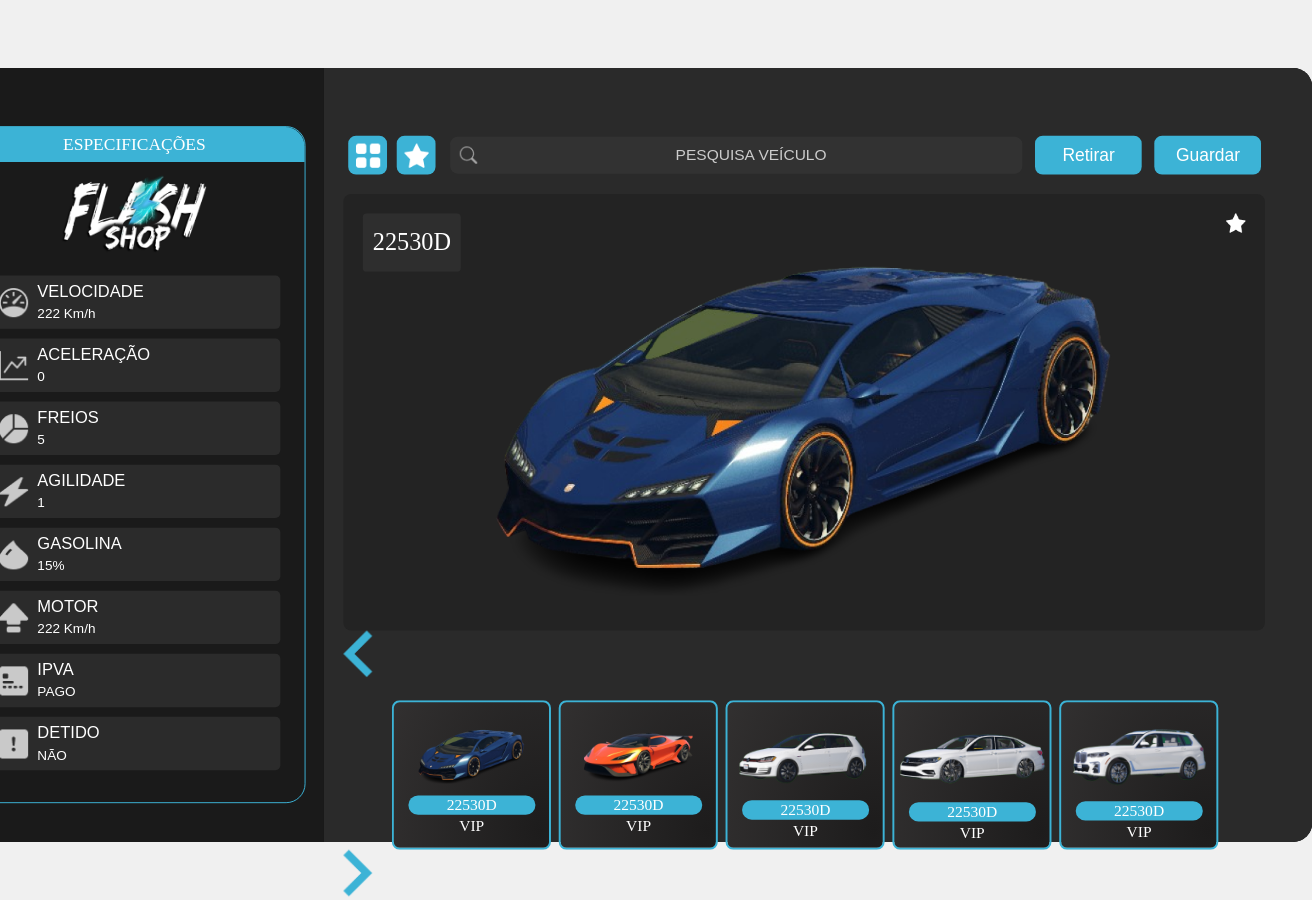
Repository: DuMCorrea/Garagem
Page: index.html
An editor plug-in stored every save of this project. The page is shown before and after the next save, followed by the edit.
The browser window is 1280 px wide. The page is 1353 px wide, so the pictures cover 1353 px, including what lies to the right of the window. The pictures show the whole page, at 97% of full size.
Some web fonts or font styles are not loaded; a fallback is used.

Above is the page before, as saved 2024-08-22 20:02:05.

### index.html
<!DOCTYPE html>
<html lang="pt-BR">
<head>
    <meta charset="UTF-8">
    <meta name="viewport" content="width=device-width, initial-scale=1.0">
    <link href="https://fonts.googleapis.com/css2?family=Baloo+Bhai&display=swap" rel="stylesheet">
    <title>Div Principal</title>
    <link rel="stylesheet" href="styles.css">
</head>
<body>
    <div class="div-principal">
        <div class="div-esquerda">
            <div class="retangulo-informacoes-3 duplicadoo">
                <img src="assets/FlashStore 2.png" alt="Imagem Mecânico" class="imagem-mecanico">
                <div class="titulo-retangulo">ESPECIFICAÇÕES</div>
                <div class="saldo-conteudo">
                    <div class="saldo-item">
                        <img src="assets/Velo.png" alt="Imagem de Carteira" class="saldo-imagem">
                        <div class="saldo-texto">
                            <p class="saldo-titulo">VELOCIDADE</p>
                            <p class="saldo-valor">222 Km/h</p>
                        </div>
                    </div>
                    <div class="saldo-item">
                        <img src="assets/Ace.png" alt="Imagem de Carteira" class="saldo-imagem">
                        <div class="saldo-texto">
                            <p class="saldo-titulo">ACELERAÇÃO</p>
                            <p class="saldo-valor">0</p>
                        </div>
                    </div>
                    <div class="saldo-item">
                        <img src="assets/Freios.png" alt="Imagem de Carteira" class="saldo-imagem">
                        <div class="saldo-texto">
                            <p class="saldo-titulo">FREIOS</p>
                            <p class="saldo-valor">5</p>
                        </div>
                    </div>
                    <div class="saldo-item">
                        <img src="assets/Agi.png" alt="Imagem de Carteira" class="saldo-imagem">
                        <div class="saldo-texto">
                            <p class="saldo-titulo">AGILIDADE</p>
                            <p class="saldo-valor">1</p>
                        </div>
                    </div>
                    <div class="saldo-item">
                        <img src="assets/Gaso.png" alt="Imagem de Carteira" class="saldo-imagem">
                        <div class="saldo-texto">
                            <p class="saldo-titulo">GASOLINA</p>
                            <p class="saldo-valor">15%</p>
                        </div>
                    </div>
                    <div class="saldo-item">
                        <img src="assets/Motor.png" alt="Imagem de Carteira" class="saldo-imagem">
                        <div class="saldo-texto">
                            <p class="saldo-titulo">MOTOR</p>
                            <p class="saldo-valor">222 Km/h</p>
                        </div>
                    </div>
                    <div class="saldo-item">
                        <img src="assets/Ipva.png" alt="Imagem de Carteira" class="saldo-imagem">
                        <div class="saldo-texto">
                            <p class="saldo-titulo">IPVA</p>
                            <p class="saldo-valor">PAGO</p>
                        </div>
                    </div>
                    <div class="saldo-item">
                        <img src="assets/Detido.png" alt="Imagem de Carteira" class="saldo-imagem">
                        <div class="saldo-texto">
                            <p class="saldo-titulo">DETIDO</p>
                            <p class="saldo-valor">NÃO</p>
                        </div>
                    </div>

                </div>
            </div>
        </div>


        <div class="div-direita">
            <div class="retangulo-fundo">
                <!-- Adicionando os quadrados e o input de pesquisa ao fundo -->
                <div class="container-quadrados">
                    <button class="botao-quadrado-azul">
                        <img src="assets/4Quadrados.png" alt="Ícone 1" class="pequena-imagem">
                    </button>
                    <button class="botao-quadrado-azul">
                        <img src="assets/estrela.png" alt="Ícone 2" class="pequena-imagem">
                    </button>
                    <div class="input-container">
                        <input type="text" class="input-pesquisa" placeholder="PESQUISA VEÍCULO">
                        <button class="botao-icone-pesquisa">
                            <img src="assets/lupa (2).png" alt="Ícone Pesquisa" class="icone-pesquisa">
                        </button>
                        <!-- Novos retângulos ao lado do input -->
                        <button class="botao-retangulo-azul">Retirar</button>
                        <button class="botao-retangulo-azul">Guardar</button>
                    </div>
                </div>

                <div class="codigo-overlay">22530D</div>
                <img src="assets/CarroMaior.png" alt="Imagem Central" class="imagem-central">
                <img src="assets/Estrela.png" alt="Ícone Superior Direito" class="imagem-direita">
            </div>

            <!-- Nova seção para os cards com fundo retangular azul claro -->
            <div class="fundo-cards">
                <img src="assets/menorMaior.png" alt="Seta Esquerda" class="seta-esquerda">
                <div class="cards-container">
                    <div class="card">
                        <img src="assets/carro1.png" alt="Card 1" class="card-image">
                        <div class="card-content">
                            <div class="card-code">22530D</div>
                            <div class="card-vip">VIP</div>
                        </div>
                    </div>
                    <div class="card">
                        <img src="assets/carro2.png" alt="Card 2" class="card-image">
                        <div class="card-content">
                            <div class="card-code">22530D</div>
                            <div class="card-vip">VIP</div>
                        </div>
                    </div>
                    <div class="card">
                        <img src="assets/carro3.png" alt="Card 3" class="card-image2">
                        <div class="card-content">
                            <div class="card-code">22530D</div>
                            <div class="card-vip">VIP</div>
                        </div>
                    </div>
                    <div class="card">
                        <img src="assets/carro4.png" alt="Card 4" class="card-image3">
                        <div class="card-content">
                            <div class="card-code">22530D</div>
                            <div class="card-vip">VIP</div>
                        </div>
                    </div>
                    <div class="card">
                        <img src="assets/carro5.png" alt="Card 5" class="card-image4">
                        <div class="card-content">
                            <div class="card-code">22530D</div>
                            <div class="card-vip">VIP</div>
                        </div>
                    </div>
                </div>
            </div>
            <img src="assets/maiorMenor.png" alt="Seta Direita" class="seta-direita">
        </div>







    </div>
</body>
</html>

### styles.css
body {
    display: flex;
    flex-direction: column;
    align-items: center;
    margin: 0;
    background-color: #f0f0f0;
    font-family: 'Baloo Bhai';
    overflow-y: auto;
    margin-top: 70px;
}

.div-principal {
    position: relative;
    display: flex;
    width: 1425px;
    height: 798px;
    border-radius: 20px;
    background-color: #010101;
    margin-bottom: 20px;
}

.div-esquerda {
    width: 27%; /* Ocupa 30% da largura da div-principal */
    background-color: #1A1A1A; /* Cor de fundo diferente para destaque */
    border-radius: 20px 0px 0px 20px; /* Canto arredondado na esquerda */
    padding: 20px;
}

.div-direita {
    width: 72%; /* Ocupa 70% da largura da div-principal */
    background-color: #2A2A2A; /* Cor de fundo diferente para destaque */
    border-radius: 0px 20px 20px 0px; /* Canto arredondado na direita */
    padding: 20px;
}

.retangulo-informacoes-3 {
    width: 320px;
    height: 232px;
    position: absolute;
    top: 580px;
    left: 462px;
    border-radius: 20px;
    border: 1px solid #3CB3D6;
    background-color: rgba(0, 0, 0, 0); /* Ajuste da opacidade de fundo */
    opacity: 1; /* Visibilidade ativada */
}
.duplicadoo {
    width: 350px;
    height: 696px;
    position: absolute;
    top: 60px;
    left: 35px;
    border-radius: 20px;
    border: 1px solid #3CB3D6;
    background-color: rgba(0, 0, 0, 0); /* Ajuste da opacidade de fundo */
    opacity: 1; /* Visibilidade ativada */
}

.titulo-retangulo {
    width: 100%; /* Ajusta a largura ao do retângulo */
    height: 36px;
    background: #3CB3D6; /* Cor de fundo */
    border-radius: 20px 20px 0 0; /* Arredonda apenas os cantos superiores */
    color: white; /* Cor do texto */
    font-size: 18px; /* Tamanho do texto */
    line-height: 36px; /* Centraliza verticalmente o texto */
    text-align: center; /* Centraliza horizontalmente o texto */
    position: absolute;
    top: 0; /* Alinha o título ao topo do retângulo */
    left: 0; /* Alinha o título à esquerda do retângulo */
}

.status-rectangle {
    width: 300px;
    height: 35px;
    position: absolute;
    top: 130px;
    left: 16px;
    display: flex;
    align-items: center;
    justify-content: space-between; /* Ajuste para espaçar os textos */
    padding: 0 10px; /* Adicione um pequeno padding para afastar o texto das bordas */
    border-radius: 5px;
    opacity: 1; /* Tornar o retângulo visível */
    background: #37373796;
  }
  .status-text {
    font-size: 14px;
    color: #fff;
    font-family: 'Baloo Bhai', sans-serif;
  }

  .imagem-mecanico {
    display: block;
    margin: 0 auto; /* Centraliza a imagem horizontalmente */
    width: 50%; /* Ajuste a largura da imagem conforme necessário */
    height: 25%; /* Ajuste a altura da imagem conforme necessário */
    position: absolute;
    top: 0px; /* Ajuste a posição vertical da imagem */
    left: 50%;
    transform: translateX(-50%); /* Centraliza a imagem em relação ao retângulo */
}








.saldo-imagem {
    width: 30px;
    height: 30px;
    margin-right: 10px; /* Espaçamento entre a imagem e o texto */
}
.saldo-conteudo {
    display: flex;
    flex-direction: column;
    align-items: center;
    justify-content: center;
    height: 100%;
    padding: 10px;
    gap: 10px; /* Espaçamento entre os retângulos */
    margin-top: 50px;
}

.saldo-item {
    display: flex;
    align-items: center;
    width: 280px;
    height: 35px;
    border-radius: 5px;
    background: #37373796;
    padding: 10px;
}

.saldo-texto {
    display: flex;
    flex-direction: column;
    gap: 2px; /* Espaçamento reduzido entre o título e o valor */
    font-family: 'Baloo Bhai', sans-serif;


}

.saldo-titulo {
    font-family: 'Baloo Bhai', sans-serif;
    font-size: 17px;
    font-weight: 400;
    line-height: 20px; /* Ajuste na altura da linha para deixar os textos mais próximos */
    text-align: left;
    color: white;
    margin: 0;
}
.saldo-valor {
    font-family: 'Baloo Bhai', sans-serif;
    font-size: 14px;
    font-weight: 400;
    line-height: 20px; /* Ajuste na altura da linha para deixar os textos mais próximos */
    text-align: left;
    color: white;
    margin: 0;
}



/* DIV DA DIREITA */

/* Estilo para o contêiner dos quadrados e do input de pesquisa */
.container-quadrados {
    position: absolute;
    top: -60px; /* Ajuste para posicionar os quadrados acima do fundo */
    left: 5px; /* Ajuste para mover os quadrados mais para a esquerda */
    display: flex;
    gap: 10px; /* Espaçamento entre os quadrados e o input */
}

.botao-quadrado-azul {
    width: 40px; /* Tamanho do quadrado */
    height: 40px; /* Tamanho do quadrado */
    background-color: #3CB3D6; /* Cor de fundo azul claro */
    display: flex;
    justify-content: center;
    align-items: center;
    border: none; /* Remove a borda padrão */
    border-radius: 8px; /* Bordas arredondadas */
    cursor: pointer; /* Indica que o elemento é clicável */
    padding: 0; /* Remove o padding padrão do botão */
    margin: 0; /* Remove a margem padrão do botão */
}

.pequena-imagem {
    width: 25px; /* Tamanho da imagem */
    height: 25px;
}

/* Estilo para o contêiner do input e ícone */
.input-container {
    position: relative; /* Define o contexto para o ícone */
    margin-left: 5px; /* Espaçamento entre os quadrados e o input */
}

/* Estilo para o input de pesquisa */
.input-pesquisa {
    padding: 10px 10px 10px 40px; /* Espaçamento interno, espaço adicional à esquerda para o ícone */
    width: 540px; /* Largura do input */
    background: rgba(62, 62, 62, 0.42); /* Cor de fundo com opacidade */
    border: none; /* Remove a borda padrão */
    border-radius: 8px; /* Bordas arredondadas */
    color: #fff; /* Cor do texto */
    font-size: 16px; /* Tamanho da fonte */
    text-align: center; /* Centraliza o texto do placeholder */
}

.input-pesquisa::placeholder {
    color: #ccc; /* Cor do placeholder */
}

/* Estilo para o botão da lupa */
.botao-icone-pesquisa {
    position: absolute; /* Alinha o botão com o input */
    left: 10px; /* Alinha o ícone à esquerda dentro do input */
    top: 50%; /* Alinha verticalmente o ícone no centro */
    transform: translateY(-50%); /* Corrige o alinhamento vertical */
    width: 18px; /* Tamanho do botão */
    height: 18px; /* Tamanho do botão */
    background: transparent; /* Remove o fundo do botão */
    border: none; /* Remove a borda padrão do botão */
    cursor: pointer; /* Indica que o botão é clicável */
    padding: 0; /* Remove o padding padrão do botão */
    display: flex; /* Centraliza o ícone dentro do botão */
    justify-content: center;
    align-items: center;
}
/* Estilo para o ícone dentro do botão */
.botao-icone-pesquisa img {
    width: 18px; /* Tamanho do ícone */
    height: 18px; /* Tamanho do ícone */
}

/* Outros estilos existentes */
.retangulo-fundo {
    width: 950px;
    height: 450px;
    background: rgba(29, 28, 28, 0.48); /* Cor com opacidade */
    border-radius: 8px;
    display: flex;
    justify-content: center;
    align-items: center;
    margin-top: 110px;
    position: relative; /* Define a posição relativa para o fundo */
}

.imagem-central {
    width: 650px;
    height: 378.6px;
}

.codigo-overlay {
    position: absolute;
    top: 20px; /* Ajusta a posição para o canto superior */
    left: 20px; /* Ajusta a posição para o canto esquerdo */
    padding: 5px 10px;
    background: rgba(62, 62, 62, 0.42); /* Cor com opacidade */
    border-radius: 4px;
    color: #fff;
    font-size: 25px;
    line-height: 50px;
}

.imagem-direita {
    position: absolute;
    top: 20px; /* Posição no canto superior */
    right: 20px; /* Posição no canto direito */
    width: 20px; /* Ajuste o tamanho conforme necessário */
    height: 20px; /* Ajuste o tamanho conforme necessário */
}

.botao-quadrado-azul img {
    width: 25px; /* Tamanho da imagem */
    height: 25px;
}
/* Estilo para os botões dos retângulos */
.botao-retangulo-azul {
    width: 110px; /* Largura dos retângulos */
    height: 40px; /* Altura dos retângulos */
    background-color: #3CB3D6; /* Cor de fundo azul claro */
    display: flex;
    justify-content: center;
    align-items: center;
    border: none; /* Remove a borda padrão */
    border-radius: 8px; /* Bordas arredondadas */
    color: #fff; /* Cor do texto */
    font-size: 18px; /* Tamanho da fonte */
    cursor: pointer; /* Indica que o elemento é clicável */
    margin-left: 12px; /* Espaçamento entre o input e os retângulos */
    padding: 0; /* Remove o padding padrão do botão */
}

/* Estilo para o contêiner do input e ícone, ajustando o espaço para os retângulos */
/* Ajusta o contêiner do input e ícone para incluir os botões */
.input-container {
    position: relative; /* Define o contexto para o ícone e botões */
    margin-left: 5px; /* Espaçamento entre os quadrados e o input */
    display: flex; /* Organiza os itens horizontalmente */
    align-items: center; /* Alinha verticalmente os itens */
    gap: 1px; /* Espaçamento entre os itens */
}




/* Estilo para o código do card com fundo retangular azul */
.card-code {
    font-size: 16px; /* Tamanho da fonte ajustado */
    margin-bottom: 3px; /* Espaçamento abaixo do código */
    margin-top: 7px;
    background: #3CB3D6; /* Cor de fundo azul */
    color: #fff; /* Cor do texto branca para contraste */
    padding: 1px 40px; /* Espaçamento interno */
    border-radius: 10px; /* Bordas arredondadas */
    display: inline-block; /* Garante que o fundo azul se ajuste ao texto */
}

/* Estilo para a nova seção de cards */
.cards-container {
    display: flex; /* Organiza os cards horizontalmente */
    justify-content: flex-start; /* Alinha os cards no início da linha */
    flex-wrap: nowrap; /* Não permite quebra de linha, todos os cards na mesma linha */
    gap: 8px; /* Espaçamento entre os cards */
    margin-top: 20px; /* Espaçamento acima dos cards */
    margin-left: 50px; /* Espaçamento à esquerda da div para mover os cards mais para a direita */
    overflow-x: auto; /* Permite rolagem horizontal se os cards não cabem na tela */
}

/* Estilo para cada card */
.card {
    width: 160px; /* Largura aumentada do card */
    height: 150px; /* Altura aumentada do card */
    background: radial-gradient(547.21% 823.76% at 94.51% 88.04%, #1D1C1C 0%, #837E7E 100%); /* Cor de fundo do card */
    border: 2px solid #3CB3D6; /* Borda do card */
    border-radius: 8px; /* Bordas arredondadas */
    display: flex; /* Organiza o conteúdo verticalmente */
    flex-direction: column; /* Organiza os itens na vertical */
    align-items: center; /* Alinha o conteúdo horizontalmente no centro */
    justify-content: center; /* Alinha o conteúdo verticalmente no centro */
    overflow: hidden; /* Esconde qualquer parte do conteúdo que exceda os limites do card */
}

/* Estilo para a imagem do card */
.card-image {
    width: 70%; /* Largura da imagem */
    height: 40%; /* Altura da imagem reduzida */
    object-fit: cover; /* Cobre o espaço do card mantendo a proporção da imagem */
    margin-top: 15px;
}
.card-image2 {
    width: 120%; /* Largura da imagem */
    height: 80%; /* Altura da imagem reduzida */
    object-fit: cover; /* Cobre o espaço do card mantendo a proporção da imagem */
    margin-bottom: -20px;
    margin-top: -14px;
}
.card-image3 {
    width: 110%; /* Largura da imagem */
    height: 80%; /* Altura da imagem reduzida */
    object-fit: cover; /* Cobre o espaço do card mantendo a proporção da imagem */
    margin-bottom: -18px;
    margin-top: -12px;
}
.card-image4 {
    width: 100%; /* Largura da imagem */
    height: 70%; /* Altura da imagem reduzida */
    object-fit: cover; /* Cobre o espaço do card mantendo a proporção da imagem */
    margin-top: 0px;
    margin-bottom: -17px;
}

/* Estilo para o conteúdo do card */
.card-content {
    width: 100%; /* Largura do conteúdo */
    text-align: center; /* Centraliza o texto */
    color: #fff; /* Cor do texto */
    padding: 5px 0; /* Espaçamento interno */
}

/* Estilo para o código do card */
.card-code {
    font-size: 16px; /* Tamanho da fonte ajustado */
    margin-bottom: 3px; /* Espaçamento abaixo do código */
}

After the next save:
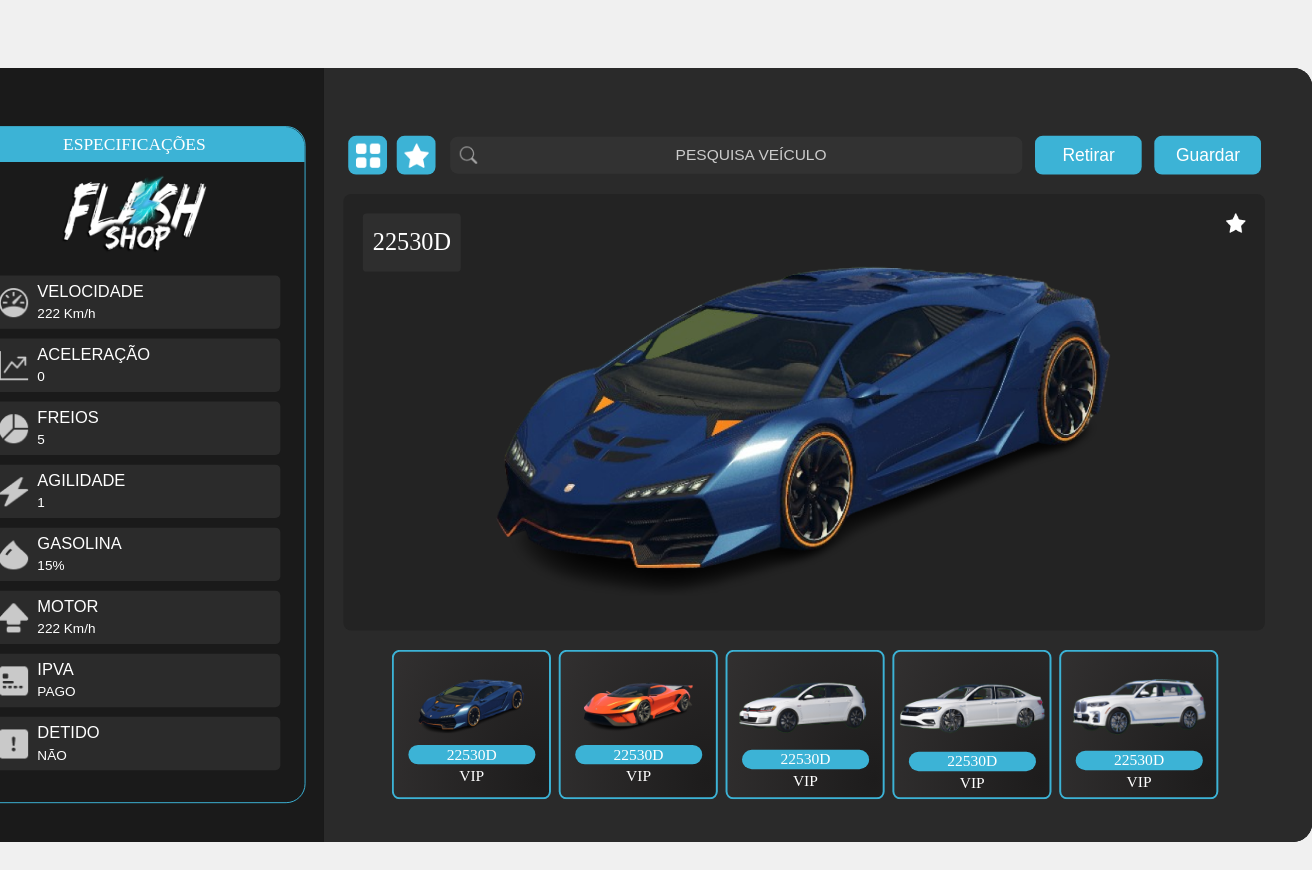
Saved 17 s later.
--- a/index.html
+++ b/index.html
@@ -104,7 +104,6 @@
 
             <!-- Nova seção para os cards com fundo retangular azul claro -->
             <div class="fundo-cards">
-                <img src="assets/menorMaior.png" alt="Seta Esquerda" class="seta-esquerda">
                 <div class="cards-container">
                     <div class="card">
                         <img src="assets/carro1.png" alt="Card 1" class="card-image">
@@ -143,7 +142,6 @@
                     </div>
                 </div>
             </div>
-            <img src="assets/maiorMenor.png" alt="Seta Direita" class="seta-direita">
         </div>
 
 
